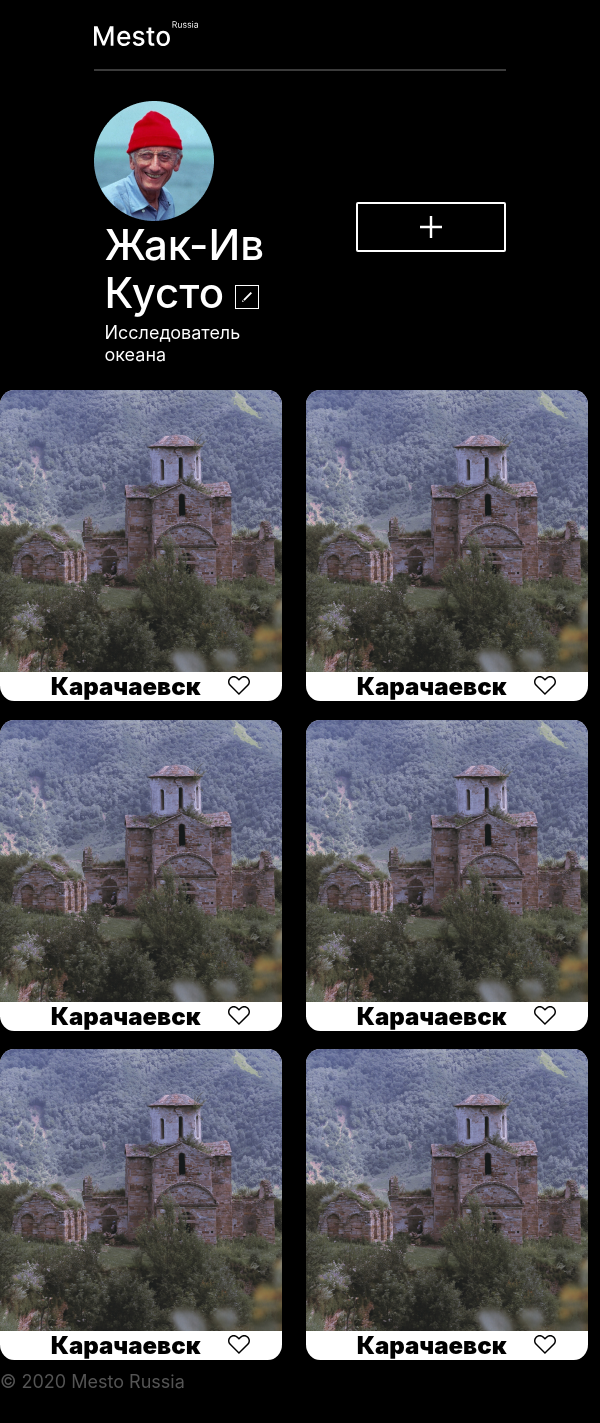
Repository: Ivan2399/mesto-project
Page: index.html
These files come from the project's save history. The page is drawn as it stood at one moment and after the next save; the edit follows.
The browser window is 600 px wide. The pictures show the whole page.

Above is the page before, as saved 2021-11-16 18:42:47.

### index.html
<!DOCTYPE html>
<html lang="ru">

<head>
    <meta charset="UTF-8">
    <meta http-equiv="X-UA-Compatible" content="IE=edge">
    <meta name="viewport" content="width=device-width, initial-scale=1.0">
    <link rel="stylesheet" href="./pages/index.css" />
    <title>Mesto</title>
</head>

<body class="root">
    <div class="page">
        <header class="header">
            <div class="header__container">
                <img class="header__logo" src="images/logo/Vector.svg" alt="Логотип">
                <div class="header__line"></div>
            </div>
        </header>
        <main class="content">
            <section class="profile profile__container_mobile">
                <div class="profile__container">
                    <img class="profile__avatar" src="images/avatar/Avatar.png" alt="Аватарка">
                    <h2 class="profile__nickname">Жак-Ив Кусто
                        <button class="profile__buttons_type_editig"></button>
                        <p class="profile__hobbyname">Исследователь океана</p>
                    </h2>
                </div>
                <div class="profile__buttons">
                    <button class="profile__buttons_type_add"></button>
                </div>
            </section>
            <section class="table">
                <div class="table__container table__container_mobile">
                    <div class="table__card">
                        <img class="table__image" src="images/table/Karachaevsk.png" alt="Крепость">
                        <h2 class="table__title">Карачаевск <img class="table__button table__button_active"
                                src="images/buttons/Vector.svg" alt="Лайк"></h2>
                    </div>
                    <div class="table__card">
                        <img class="table__image" src="images/table/Karachaevsk.png" alt="Крепость">
                        <h2 class="table__title">Карачаевск <img class="table__button table__button_active"
                                src="images/buttons/Vector.svg" alt="Лайк"></h2>
                    </div>
                    <div class="table__card">
                        <img class="table__image" src="images/table/Karachaevsk.png" alt="Крепость">
                        <h2 class="table__title">Карачаевск <img class="table__button table__button_active"
                                src="images/buttons/Vector.svg" alt="Лайк"></h2>
                    </div>
                    <div class="table__card">
                        <img class="table__image" src="images/table/Karachaevsk.png" alt="Крепость">
                        <h2 class="table__title">Карачаевск <img class="table__button table__button_active"
                                src="images/buttons/Vector.svg" alt="Лайк"></h2>
                    </div>
                    <div class="table__card">
                        <img class="table__image" src="images/table/Karachaevsk.png" alt="Крепость">
                        <h2 class="table__title">Карачаевск <img class="table__button table__button_active"
                                src="images/buttons/Vector.svg" alt="Лайк"></h2>
                    </div>
                    <div class="table__card">
                        <img class="table__image" src="images/table/Karachaevsk.png" alt="Крепость">
                        <h2 class="table__title">Карачаевск <img class="table__button table__button_active"
                                src="images/buttons/Vector.svg" alt="Лайк"></h2>
                    </div>
                </div>
            </section>
            <section class="footer">
                <h2 class="footer__logo">© 2020 Mesto Russia</h2>
            </section>
        </main>
    </div>
</body>

</html>

### pages/index.css
@import url(../blocks/root/root.css);
@import url(../blocks/page/page.css);
@import url(../blocks/content/content.css);

/* header */

@import url(../blocks/header/header.css);
@import url(../blocks/header/__container/header__container.css);
@import url(../blocks/header/__logo/header__logo.css);
@import url(../blocks/header/__line/header__line.css);

/* profile */

@import url(../blocks/profile/profile.css);
@import url(../blocks/profile/__avatar/profile__avatar.css);
@import url(../blocks/profile/__container/profile__container.css);
@import url(../blocks/profile/__buttons/profile__buttons.css);
@import url(../blocks/profile/__buttons/_type/profile__buttons_type_add.css);
@import url(../blocks/profile/__buttons/_type/profile__buttons_type_editig.css);
@import url(../blocks/profile/__hobbyname/profile__hobbyname.css);
@import url(../blocks/profile/__nickname/profile__nickname.css);
@import url(../blocks/profile/__container/_mobile/profile__container_mobile.css);

/* table */

@import url(../blocks/table/table.css);
@import url(../blocks/table/__button/table__button.css);
@import url(../blocks/table/__card/table__card.css);
@import url(../blocks/table/__container/table__container.css);
@import url(../blocks/table/__image/table__image.css);
@import url(../blocks/table/__title/table__title.css);
@import url(../blocks/table/__container/_mobile/table__container_mobile.css);
@import url(../blocks/table/__button/_active/table__button_active.css);

/* footer */

@import url(../blocks/footer/footer.css);
@import url(../blocks/footer/__logo/footer__logo.css);

### images/buttons/Vector.svg
<svg width="22" height="19" viewBox="0 0 22 19" fill="none" xmlns="http://www.w3.org/2000/svg">
<path d="M20.2991 9.78586C22.567 7.54338 22.567 3.90213 20.2991 1.68186C18.0311 -0.560619 14.3486 -0.560619 12.0806 1.68186L10.9804 2.792L9.88007 1.70406C7.61215 -0.560619 3.92957 -0.560619 1.6841 1.68186C0.583822 2.76979 0 4.21297 0 5.74496C0 7.27695 0.606277 8.72013 1.6841 9.80806L10.9804 19L20.2991 9.78586ZM1.4371 5.74496C1.4371 4.59042 1.8862 3.52469 2.71702 2.72539C3.5703 1.88168 4.67058 1.45983 5.77086 1.45983C6.87114 1.45983 7.97142 1.88168 8.8247 2.72539L10.9804 4.83465L13.136 2.70318C14.8201 1.03798 17.582 1.03798 19.2437 2.70318C20.0521 3.50248 20.5236 4.56821 20.5236 5.72276C20.5236 6.8773 20.0745 7.94303 19.2437 8.74233L10.9804 16.9351L2.71702 8.76453C1.90865 7.94303 1.4371 6.8773 1.4371 5.74496Z" fill="black"/>
</svg>

### blocks/root/root.css
.root{
    margin: 0;
    padding: 0;
    font-family: "Inter";
    color: #FFFFFF;
}
h1,h2,h3,h4,h5,h6,p{
    margin: 0;
    padding: 0;
    font-family: "Inter";
    color: #FFFFFF;
}

### blocks/page/page.css
.page {
  background-color: #000000;
  max-width: 1280px;
  margin: auto;
}

### blocks/header/header.css
.header{
    display: grid;
}

### blocks/header/__container/header__container.css
.header__container {
  margin: 0 15.7% 0 15.7%;
  max-width: 880px;
  width: 68.6%;
}

### blocks/header/__logo/header__logo.css
.header__logo{
    margin: 5.2% 0 4.7% 0;
}
@media screen and (min-width:300px) and (max-width:600px){
    .header__logo{
        width:103.74px;
        height:24.24px;
    }
}

### blocks/header/__line/header__line.css
.header__line{
    border: 1px solid #545454;
    opacity: 0.7;
}

### blocks/profile/profile.css
.profile {
  display: grid;
  margin: 5% 15.7% 0 15.7%;
  max-width: 880px;
  width: 68.6%;

}

### blocks/profile/__avatar/profile__avatar.css
.profile__avatar{

}

### blocks/profile/__container/profile__container.css
.profile__container {
  display: flex;
  align-items: center;
  flex-direction: row;
  flex-wrap: wrap;
}

### blocks/profile/__buttons/profile__buttons.css
.profile__buttons{
    display: flex;
    justify-content: flex-end;
    align-items: center;
}

### blocks/profile/__buttons/_type/profile__buttons_type_add.css
.profile__buttons_type_add {
  width: 150px;
  height: 50px;
  background-image: url(../../../../images/buttons/Add\ Button.svg);
  background-color: black;
  border: none;
  background-size: cover;
  background-repeat: no-repeat;

  margin-bottom: 6.7%;
}
.profile__buttons_type_add:hover {
  opacity: 0.6;
  border: 2px solid #ffffff;
  box-sizing: border-box;
  border-radius: 2px;
}

### blocks/profile/__buttons/_type/profile__buttons_type_editig.css
.profile__buttons_type_editig {
  width: 24px;
  height: 24px;
  background-image: url(../../../../images/buttons/Edit\ Button.svg);
  background-color: black;
  border: none;
  background-size: cover;
  background-repeat: no-repeat;
  margin-bottom: 6.7%;
  grid-column: 2;
  grid-row: 1;
}
.profile__buttons_type_editig:hover {
  border: 1px solid #ffffff;
  box-sizing: border-box;
}

### blocks/profile/__hobbyname/profile__hobbyname.css
.profile__hobbyname {
  font-style: normal;
  font-weight: normal;
  font-size: 18px;
  line-height: 22px;
  grid-column: 2;
}

### blocks/profile/__nickname/profile__nickname.css
.profile__nickname {
  font-style: normal;
  font-weight: 500;
  font-size: 42px;
  line-height: 48px;
  margin-left: 5%;
}

### blocks/profile/__container/_mobile/profile__container_mobile.css
.profile__container_mobile{
    grid-template-columns: repeat(auto-fit,minmax(200px,1fr));
}
@media screen and (min-width:200px) and (max-width:700px){
    .profile__container_mobile{

    }
}

### blocks/table/table.css
.table{
    max-width:880px;
    margin:4% auto 0;
}

### blocks/table/__button/table__button.css
.table__button {
  width: 22px;
  height: 19px;
  /* background-image: url(../../../images/buttons/Vector.svg);
  border: none;
  background-color: white;
  background-size: cover;
  background-repeat: no-repeat; */
  align-self: flex-end;
  margin-left: 10%;
}
.table__button:hover {
  color: #000000;
  opacity: 0.5;
}

### blocks/table/__card/table__card.css
.table__card{
    max-width: 282px;
    background-color: white;

    border-radius: 5%;

    display: flex;
    flex-direction: column;
}

### blocks/table/__container/table__container.css
.table__container{
    display: grid;
    grid-template-columns: repeat(3,1fr);
    gap:2%;
}

### blocks/table/__image/table__image.css
.table__image{
    max-width: 282px;
    max-height: 282px;
    border-radius: 5% 5% 0 0 ;
}

### blocks/table/__title/table__title.css
.table__title {
  max-width: 246px;
  font-style: normal;
  font-weight: 900;
  font-size: 24px;
  line-height: 29px;

  margin-left: 18%;
  color: #000000;
}

### blocks/table/__container/_mobile/table__container_mobile.css
.table__container_mobile{
    grid-template-columns: repeat(auto-fit, minmax(280px, 1fr));
}

### blocks/table/__button/_active/table__button_active.css
.table__button_active:active{
    background-image: url(../../../../images/buttons/Union.png);
    color: black;
}

### blocks/footer/footer.css
.footer{
    max-width: 840px;
    margin: auto;
}

### blocks/footer/__logo/footer__logo.css
.footer__logo {
  font-style: normal;
  font-weight: normal;
  font-size: 18px;
  line-height: 22px;

  color: #545454;
  margin-top: 8%;
  padding-bottom: 5%;
}

Loaded but not shown: blocks/content/content.css (no stored copy; drawn as an empty file)

After the next save:
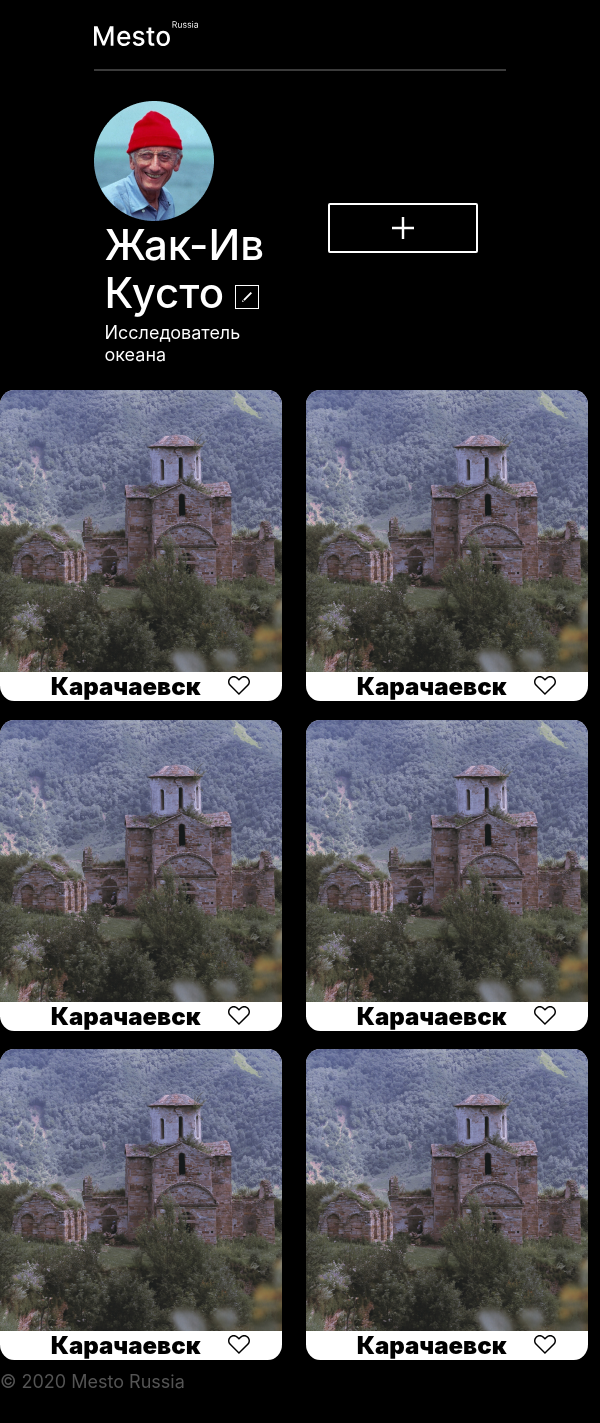
Saved 12 s later.
--- a/blocks/profile/__container/_mobile/profile__container_mobile.css
+++ b/blocks/profile/__container/_mobile/profile__container_mobile.css
@@ -3,6 +3,6 @@
 }
 @media screen and (min-width:200px) and (max-width:700px){
     .profile__container_mobile{
-
+        justify-items: center;
     }
 }
